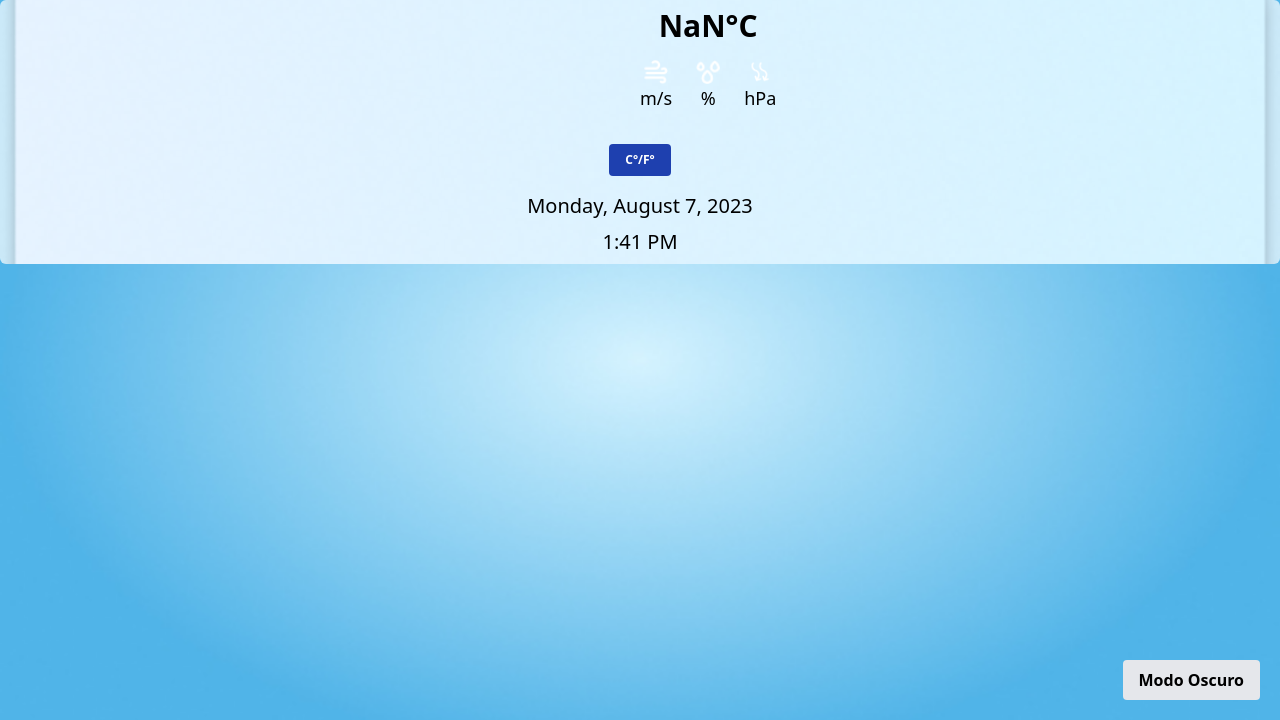
Repository: LukasMoyano/WeatherApp-_-LukasMoyano-_-V-_4.0_6.6.6
Page: /
The author's editor kept a copy of each file at every save. The page is drawn from the files as they stood at one save, then again after the next save.
The browser window is 1280 px wide. The pictures show the whole page.
The page's requests for data from a server got no answer. The project was rebuilt for these pictures with package versions that can differ from the ones it lists, and the page was loaded fresh each time. No one was signed in, and anything a server would have sent is missing. Also part of the build but not shown: vite.config.js.

Above is the page before, as saved 2023-08-07 14:10:02.

After the next save:
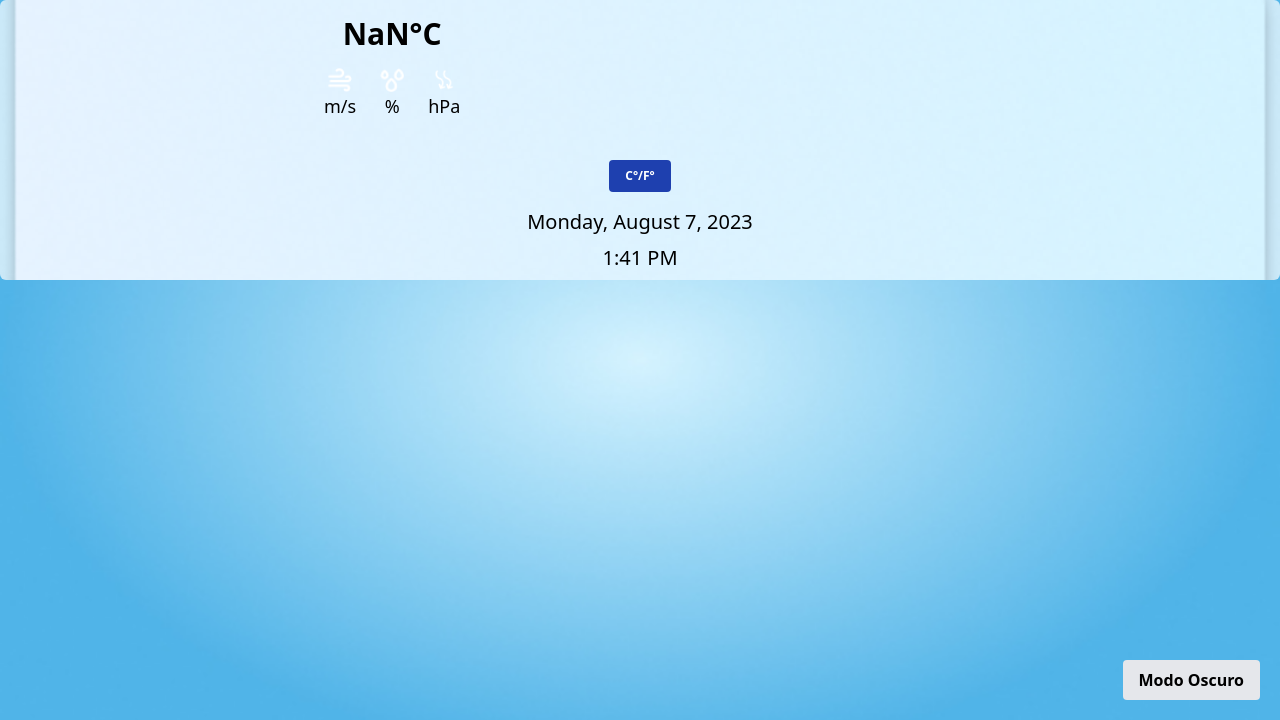
Saved 17 s later.
--- a/src/components/Weather.jsx
+++ b/src/components/Weather.jsx
@@ -38,7 +38,7 @@ const Weather = ({ weatherInfo, isDarkMode }) => {
     <section
       // Estilo de fondo y opacidad
       className= {`${
-        isDarkMode ? "w-1/2 p-2 text-center bg-black bg-opacity-50 text-white" : "bg-white bg-opacity-70 text-black"
+        isDarkMode ? "bg-black bg-opacity-50 text-white" : "bg-white bg-opacity-70 text-black"
       } p-2 rounded-md bg-cover bg-center`}
       style={{
         // Imagen de fondo
@@ -52,7 +52,7 @@ const Weather = ({ weatherInfo, isDarkMode }) => {
 
       {/* Sección de Información del Clima */}
               {/* Columna Izquierda */}
-      <section className="flex mb-2 gap-0">
+      <section className="w-1/2 p-2 text-center flex mb-2 gap-0">
 
         <div className="w-1/2 p-2 text-center">
           {/* Nombre de la Ciudad */}
